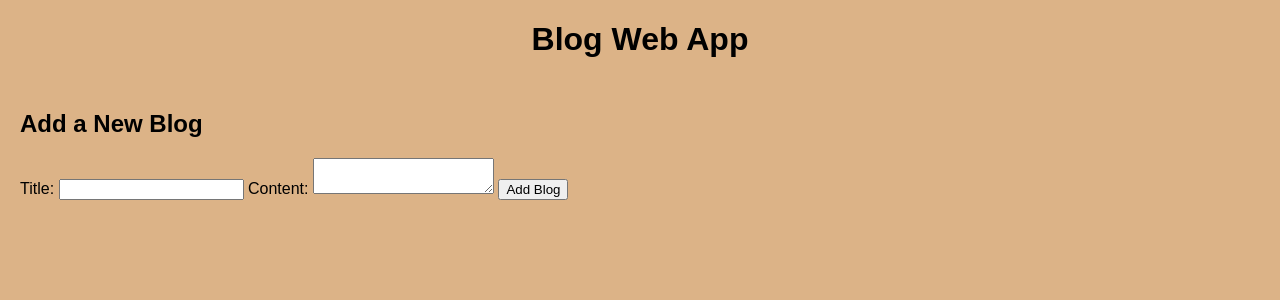
Repository: punitbathija/Placement-Assitance-iNeuron
Page: blogApp/index.html
An editor plug-in stored every save of this project. The page is shown before and after the next save, followed by the edit.
The browser window is 1280 px wide. The pictures show the whole page.
The page's requests for data from a server got no answer.

Above is the page before, as saved 2023-05-31 16:11:36.

After the next save:
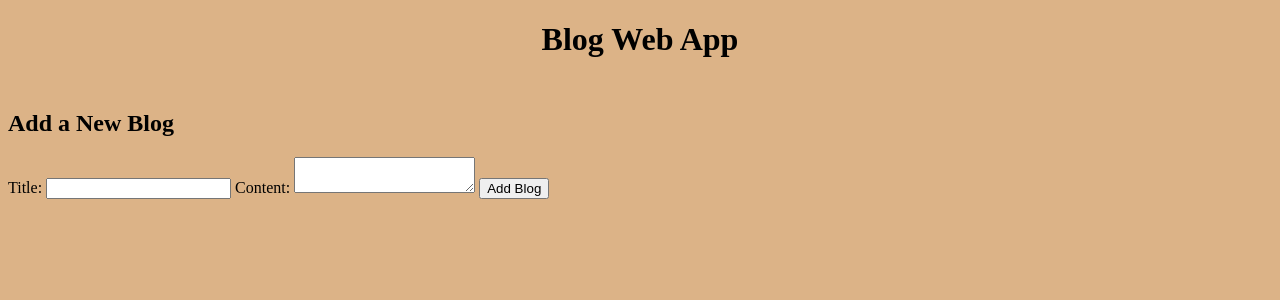
Saved 20 s later.
--- a/blogApp/style.css
+++ b/blogApp/style.css
@@ -1,6 +1,4 @@
 body {
-    font-family: Arial, sans-serif;
-    margin: 20px;
     background-color: #dcb387;
 
 }
